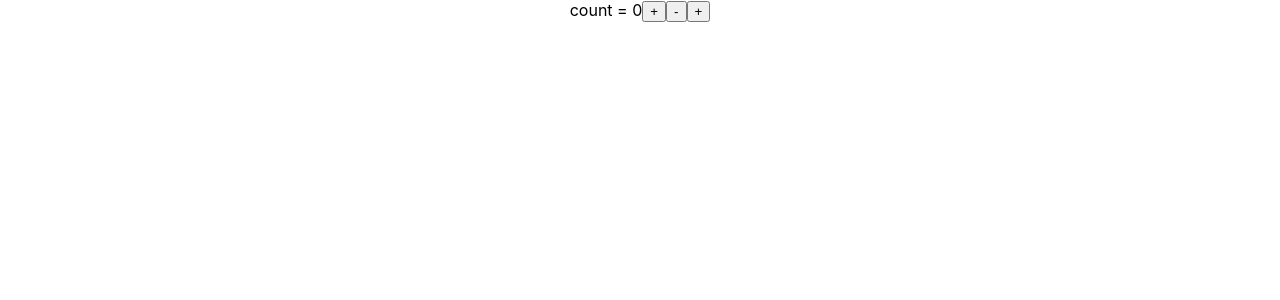
Repository: rihemebh/React-Basics
Page: / (app in react and hooks/)
An editor plug-in stored every save of this project. The page is shown before and after a run of saves, followed by the edit.
The browser window is 1280 px wide. The pictures show the whole page.
The project was rebuilt for these pictures with package versions that can differ from the ones it lists, and the page was loaded fresh each time.

Above is the page before, as saved 2021-07-06 15:51:46.

After the next 2 saves:
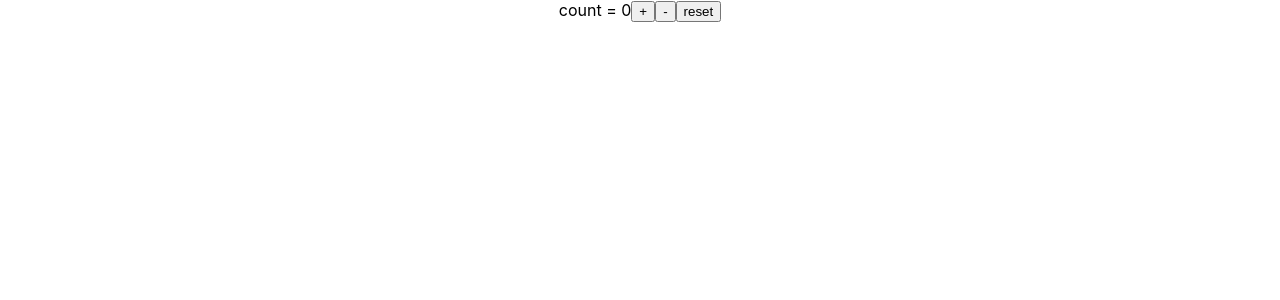
The 2 saves are shown as one change because they came seconds apart.
The last was saved 7 s later.
--- a/react and hooks/src/Components/hooks/useReducer/counter.js
+++ b/react and hooks/src/Components/hooks/useReducer/counter.js
@@ -18,8 +18,8 @@ function CounterOne() {
         ()=> dispatch("decrement")
       }>-</button>
       <button onClick={
-        ()=> dispatch("increment")
-      }>+</button>
+        ()=> dispatch("reset")
+      }>reset</button>
     </div>
   )
 }
